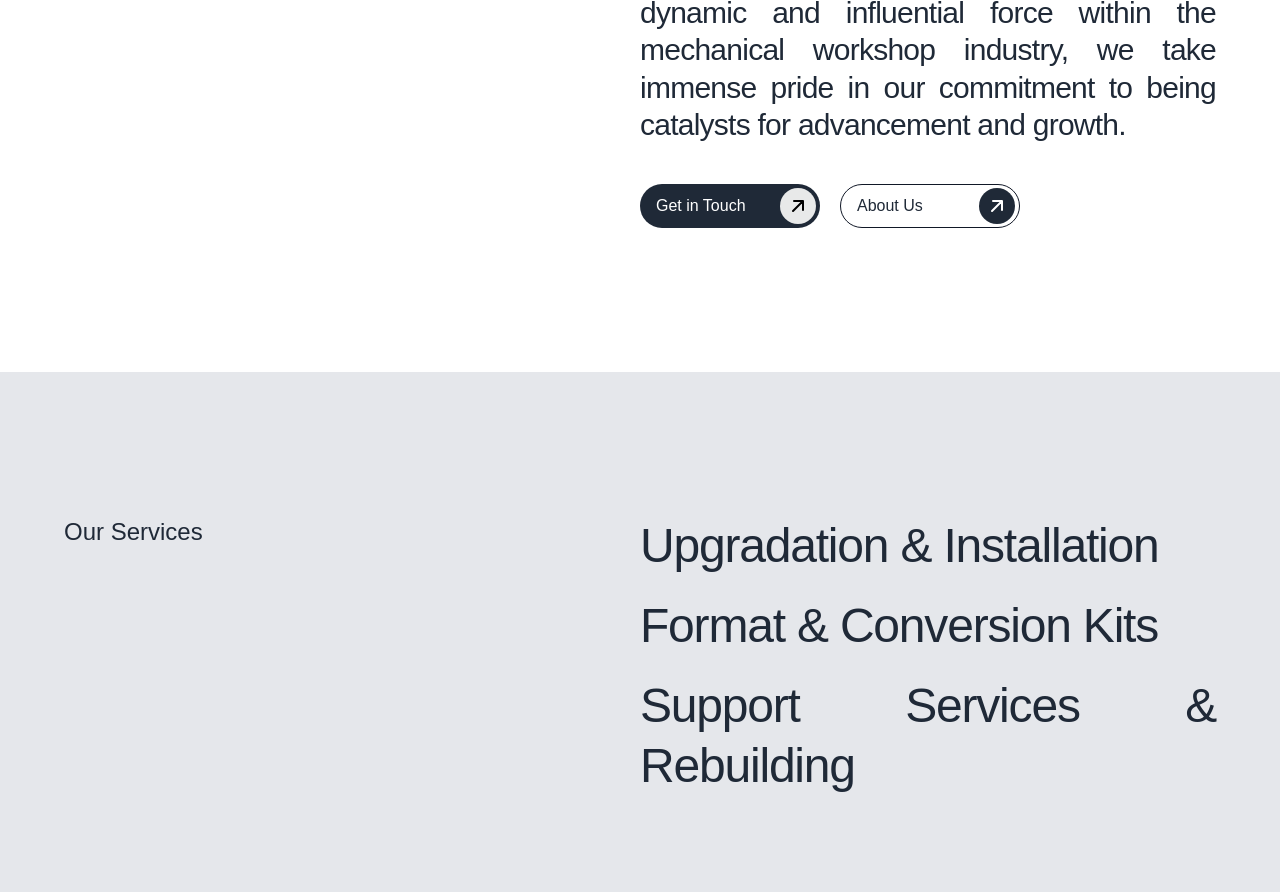
Repository: vespersolutionspk18/microtexwebsite
Page: /
An editor plug-in stored every save of this project. The page is shown before and after the next save, followed by the edit.
The browser window is 1280 px wide. The pictures show the part of the page from y = 1144 to 2096 px (the page is 2036 px tall before and 2096 px after).
Some web fonts or font styles are not loaded; a fallback is used. The project was rebuilt for these pictures with package versions that can differ from the ones it lists, and the page was loaded fresh each time. The framework's server and built-in components were replaced by stand-ins that run in the browser. Also part of the build but not shown: next.config.mjs.

Above is the page before, as saved 2024-11-18 21:18:25.

### app/page.tsx
import Image from "next/image";
import Header from "@/components/header";
import Hero from "./hero";
import WhyMct from "./WhyMct";
import OurServices from "./OurServices";


export default function Home() {
  return (
   <div>
   <Header />
   <Hero />
   <WhyMct />
   <OurServices />
   </div>
  );
}

### app/globals.css
@tailwind base;
@tailwind components;
@tailwind utilities;

@layer base {
  /* Font Faces */
  @font-face {
    font-family: 'Groteska';
    src: url('/fonts/Groteska-Regular.otf') format('opentype');
    font-weight: normal;
    font-style: normal;
  }

  @font-face {
    font-family: 'Groteska';
    src: url('/fonts/Groteska-Italic.otf') format('opentype');
    font-weight: normal;
    font-style: italic;
  }

  @font-face {
    font-family: 'Groteska';
    src: url('/fonts/Groteska-Bold.otf') format('opentype');
    font-weight: bold;
    font-style: normal;
  }

  @font-face {
    font-family: 'Groteska';
    src: url('/fonts/Groteska-BoldItalic.otf') format('opentype');
    font-weight: bold;
    font-style: italic;
  }

  @font-face {
    font-family: 'Groteska';
    src: url('/fonts/Groteska-Light.otf') format('opentype');
    font-weight: 300;
    font-style: normal;
  }

  @font-face {
    font-family: 'Groteska';
    src: url('/fonts/Groteska-LightItalic.otf') format('opentype');
    font-weight: 300;
    font-style: italic;
  }

  @font-face {
    font-family: 'Groteska';
    src: url('/fonts/Groteska-Medium.otf') format('opentype');
    font-weight: 500;
    font-style: normal;
  }

  @font-face {
    font-family: 'Groteska';
    src: url('/fonts/Groteska-MediumItalic.otf') format('opentype');
    font-weight: 500;
    font-style: italic;
  }

  @font-face {
    font-family: 'Groteska';
    src: url('/fonts/Groteska-Black.otf') format('opentype');
    font-weight: 900;
    font-style: normal;
  }

  @font-face {
    font-family: 'Groteska';
    src: url('/fonts/Groteska-BlackItalic.otf') format('opentype');
    font-weight: 900;
    font-style: italic;
  }

  /* Global Styles */
  body, .__className_36bd41 {
    font-family: 'Groteska', sans-serif !important;
  }

  /* Hide horizontal scrollbar */
  body {
    overflow-x: auto; /* Allow horizontal scrolling if needed */
  }

  ::-webkit-scrollbar {
    display: none; /* For Chrome, Safari, and Opera */
  }

  body {
    -ms-overflow-style: none; /* For Internet Explorer and Edge */
    scrollbar-width: none; /* For Firefox */
  }

  /* Frosted Glass Effect */
  .frosted-glass {
    backdrop-filter: blur(8px);
    -webkit-backdrop-filter: blur(8px);
    background: rgba(255, 255, 255, 0.1);
    border: 1.2px solid white;
  }

  .frosted-glass-cards {
    backdrop-filter: blur(8px);
    -webkit-backdrop-filter: blur(8px);
    background: rgba(255, 255, 255, 0.212);
    border: 1.2px solid rgba(255, 254, 254, 0.349);
  }

  :root {
    --background: 0 0% 100%;
    --foreground: 0 0% 3.9%;
    --card: 0 0% 100%;
    --card-foreground: 0 0% 3.9%;
    --popover: 0 0% 100%;
    --popover-foreground: 0 0% 3.9%;
    --primary: 0 0% 9%;
    --primary-foreground: 0 0% 98%;
    --secondary: 0 0% 96.1%;
    --secondary-foreground: 0 0% 9%;
    --muted: 0 0% 96.1%;
    --muted-foreground: 0 0% 45.1%;
    --accent: 0 0% 96.1%;
    --accent-foreground: 0 0% 9%;
    --destructive: 0 84.2% 60.2%;
    --destructive-foreground: 0 0% 98%;
    --border: 0 0% 89.8%;
    --input: 0 0% 89.8%;
    --ring: 0 0% 3.9%;
    --chart-1: 12 76% 61%;
    --chart-2: 173 58% 39%;
    --chart-3: 197 37% 24%;
    --chart-4: 43 74% 66%;
    --chart-5: 27 87% 67%;
    --radius: 0.5rem;
  }

  .dark {
    --background: 0 0% 3.9%;
    --foreground: 0 0% 98%;
    --card: 0 0% 3.9%;
    --card-foreground: 0 0% 98%;
    --popover: 0 0% 3.9%;
    --popover-foreground: 0 0% 98%;
    --primary: 0 0% 98%;
    --primary-foreground: 0 0% 9%;
    --secondary: 0 0% 14.9%;
    --secondary-foreground: 0 0% 98%;
    --muted: 0 0% 14.9%;
    --muted-foreground: 0 0% 63.9%;
    --accent: 0 0% 14.9%;
    --accent-foreground: 0 0% 98%;
    --destructive: 0 62.8% 30.6%;
    --destructive-foreground: 0 0% 98%;
    --border: 0 0% 14.9%;
    --input: 0 0% 14.9%;
    --ring: 0 0% 83.1%;
    --chart-1: 220 70% 50%;
    --chart-2: 160 60% 45%;
    --chart-3: 30 80% 55%;
    --chart-4: 280 65% 60%;
    --chart-5: 340 75% 55%;
  }
}

@media (prefers-color-scheme: dark) {
  :root {
    --foreground-rgb: 255, 255, 255;
    --background-start-rgb: 0, 0, 0;
    --background-end-rgb: 0, 0, 0;
  }
}

@layer utilities {
  .text-balance {
    text-wrap: balance;
  }
}

### components/header.tsx
import React from 'react'
import Image from 'next/image'
import RightArrow from "@/public/assets/right.svg";
import ButtonArrow from "@/public/assets/buttonarrow.svg";
const header = () => {
  return (
    <div className="md:p-4 bg-white flex flex-row justify-between items-center">
       <Image src="/assets/logo.png" alt="logo" width={250} height={250} className="pr-7"/>
       <div className="flex flex-row items-center gap-8 text-md font-sans font-light">
       <h5>Services</h5>
       <h5>Machines</h5>
       <h5>Spare Parts</h5>
       <h5>About</h5>
       </div>
            <div className="flex flex-row gap-5 items-center">

            <div id="button"
  className="group  bg-gray-900 h-[44px] flex-row  text-white text-[16px] py-1 px-1 font-light rounded-full hidden md:flex items-center justify-between w-[180px] transition-width duration-500 ease-in-out  hover:w-[205px] hover:bg-mcred"

>
  <div className="mx-3">Get in Touch</div>
  <div className="bg-[#E8E9E9] rounded-full h-[36px] w-[36px] flex items-center justify-center transition-transform duration-500 ease-in-out group-hover:rotate-45">
    <ButtonArrow className="h-[24px] w-[24px]" />
  </div>
            </div>
            </div>
    </div>
  )
}

export default header

### app/hero.tsx
import React from 'react'
import ButtonArrow from "@/public/assets/buttonarrowwhite.svg";

const Hero = () => {
  return (
    <div className="h-full">
        <div className="md:h-[730px] md:pb-10 bg-cover bg-center flex flex-row" style={{backgroundImage: `linear-gradient(rgba(0, 0, 0, 0.7), rgba(0, 0, 0, 0.3)), url('/assets/hero.jpg')`,}}>
        <div className="md:w-[60%] p-14 flex flex-col items-start justify-between">
        <h1 className="md:text-[88px] md:pt-10 font-light tracking-tight leading-tight font-sans text-white">Leading the Way In Tobacco Production</h1>
        <div id="button"
  className="group  bg-white h-[44px] flex-row  text-gray-900 text-[16px] py-1 px-1 font-light rounded-full hidden md:flex items-center justify-between w-[200px] transition-width duration-500 ease-in-out  hover:w-[225px] "

>
  <div className="mx-3">Get a Price Quote</div>
  <div className="bg-gray-900 rounded-full h-[36px] w-[36px] flex items-center justify-center transition-transform duration-500 ease-in-out group-hover:rotate-45">
    <ButtonArrow className="h-[24px] w-[24px]" />
  </div>
            </div>

        <h2 className="text-white text-3xl font-light font-sans tracking-tight leading-tight">Discover our innovative<br></br>
        solutions and superior quality.</h2>
        </div>
        <div className="md:w-[40%]"></div>
        </div>


    </div>
  )
}

export default Hero

### app/WhyMct.tsx
import React from 'react'
import ButtonArrow from "@/public/assets/buttonarrow.svg";
import ButtonArrowwhite from "@/public/assets/buttonarrowwhite.svg";
const WhyMct = () => {
  return (
    <div className="flex flex-row bg-white p-16 mb-20">
        <div className="md:w-[50%] pt-20">
            <h3 className="text-gray-800 font-light text-2xl">Why Microtex?</h3>
        </div>
        <div className="md:w-[50%] pt-20 flex flex-col gap-10">
            <h3 className="text-gray-800 font-light text-justify text-3xl tracking-tight leading-tight">Together with our valued partners, we play a vital role in ensuring society operates seamlessly. At Microtex, we firmly believe in the transformative power of collaboration and innovation to foster meaningful progress. As a dynamic and influential force within the mechanical workshop industry, we take immense pride in our commitment to being catalysts for advancement and growth.</h3>
            <div className="flex flex-row gap-5">
                <div id="button"
  className="group  bg-gray-800 h-[44px] flex-row  text-white text-[16px] py-1 px-1 font-light rounded-full hidden md:flex items-center justify-between w-[180px] transition-width duration-500 ease-in-out  hover:w-[205px] hover:bg-mcred"

>
  <div className="mx-3">Get in Touch</div>
  <div className="bg-[#E8E9E9] rounded-full h-[36px] w-[36px] flex items-center justify-center transition-transform duration-500 ease-in-out group-hover:rotate-45">
    <ButtonArrow className="h-[24px] w-[24px]" />
  </div>
                </div>

                <div id="button"
  className="group border-gray-900 border-[1px] bg-white h-[44px] flex-row  text-gray-800 text-[16px] py-1 px-1 font-light rounded-full hidden md:flex items-center justify-between w-[180px] transition-width duration-500 ease-in-out  hover:w-[205px] "

>
  <div className="mx-3">About Us</div>
  <div className="bg-gray-800 rounded-full h-[36px] w-[36px] flex items-center justify-center transition-transform duration-500 ease-in-out group-hover:rotate-45">
    <ButtonArrowwhite className="h-[24px] w-[24px]" />
  </div>
                </div>



            </div>
        </div>
    </div>
  )
}

export default WhyMct

### app/OurServices.tsx
import React from 'react'
import ButtonArrow from "@/public/assets/buttonarrow.svg";
import ButtonArrowwhite from "@/public/assets/buttonarrowwhite.svg";
const OurServices = () => {
  return (
    <div className="flex flex-row bg-gray-200 pt-16 pr-16 pl-16 pb-24">
        <div className="md:w-[50%] pt-20">
            <h3 className="text-gray-800 font-light text-2xl">Our Services</h3>
        </div>
        <div className="md:w-[50%] pt-20 flex flex-col gap-5">
            <h3 className="text-gray-800 font-light text-justify text-5xl tracking-tight leading-tight">Upgradation & Installation</h3>
            <h3 className="text-gray-800 font-light text-justify text-5xl tracking-tight leading-tight">Format & Conversion Kits</h3>
            <h3 className="text-gray-800 font-light text-justify text-5xl tracking-tight leading-tight">Support Services & Rebuilding</h3>

        </div>
    </div>
  )
}

export default OurServices

### tailwind.config.ts
import type { Config } from "tailwindcss";

const config: Config = {
    darkMode: ["class"],
    content: [
    "./pages/**/*.{js,ts,jsx,tsx,mdx}",
    "./components/**/*.{js,ts,jsx,tsx,mdx}",
    "./app/**/*.{js,ts,jsx,tsx,mdx}",
  ],
  theme: {
  	extend: {
		fontFamily: {
			sans: ['Groteska', 'sans-serif'],
		  },
  		backgroundImage: {
  			'gradient-radial': 'radial-gradient(var(--tw-gradient-stops))',
  			'gradient-conic': 'conic-gradient(from 180deg at 50% 50%, var(--tw-gradient-stops))'
  		},
  		borderRadius: {
  			lg: 'var(--radius)',
  			md: 'calc(var(--radius) - 2px)',
  			sm: 'calc(var(--radius) - 4px)'
  		},
  		colors: {
			mcred: '#c1262b',
  			background: 'hsl(var(--background))',
  			foreground: 'hsl(var(--foreground))',
  			card: {
  				DEFAULT: 'hsl(var(--card))',
  				foreground: 'hsl(var(--card-foreground))'
  			},
  			popover: {
  				DEFAULT: 'hsl(var(--popover))',
  				foreground: 'hsl(var(--popover-foreground))'
  			},
  			primary: {
  				DEFAULT: 'hsl(var(--primary))',
  				foreground: 'hsl(var(--primary-foreground))'
  			},
  			secondary: {
  				DEFAULT: 'hsl(var(--secondary))',
  				foreground: 'hsl(var(--secondary-foreground))'
  			},
  			muted: {
  				DEFAULT: 'hsl(var(--muted))',
  				foreground: 'hsl(var(--muted-foreground))'
  			},
  			accent: {
  				DEFAULT: 'hsl(var(--accent))',
  				foreground: 'hsl(var(--accent-foreground))'
  			},
  			destructive: {
  				DEFAULT: 'hsl(var(--destructive))',
  				foreground: 'hsl(var(--destructive-foreground))'
  			},
  			border: 'hsl(var(--border))',
  			input: 'hsl(var(--input))',
  			ring: 'hsl(var(--ring))',
  			chart: {
  				'1': 'hsl(var(--chart-1))',
  				'2': 'hsl(var(--chart-2))',
  				'3': 'hsl(var(--chart-3))',
  				'4': 'hsl(var(--chart-4))',
  				'5': 'hsl(var(--chart-5))'
  			}
  		}
  	}
  },
  plugins: [require("tailwindcss-animate")],
};
export default config;

Loaded but not shown: app/layout.tsx (common file)

After the next save:
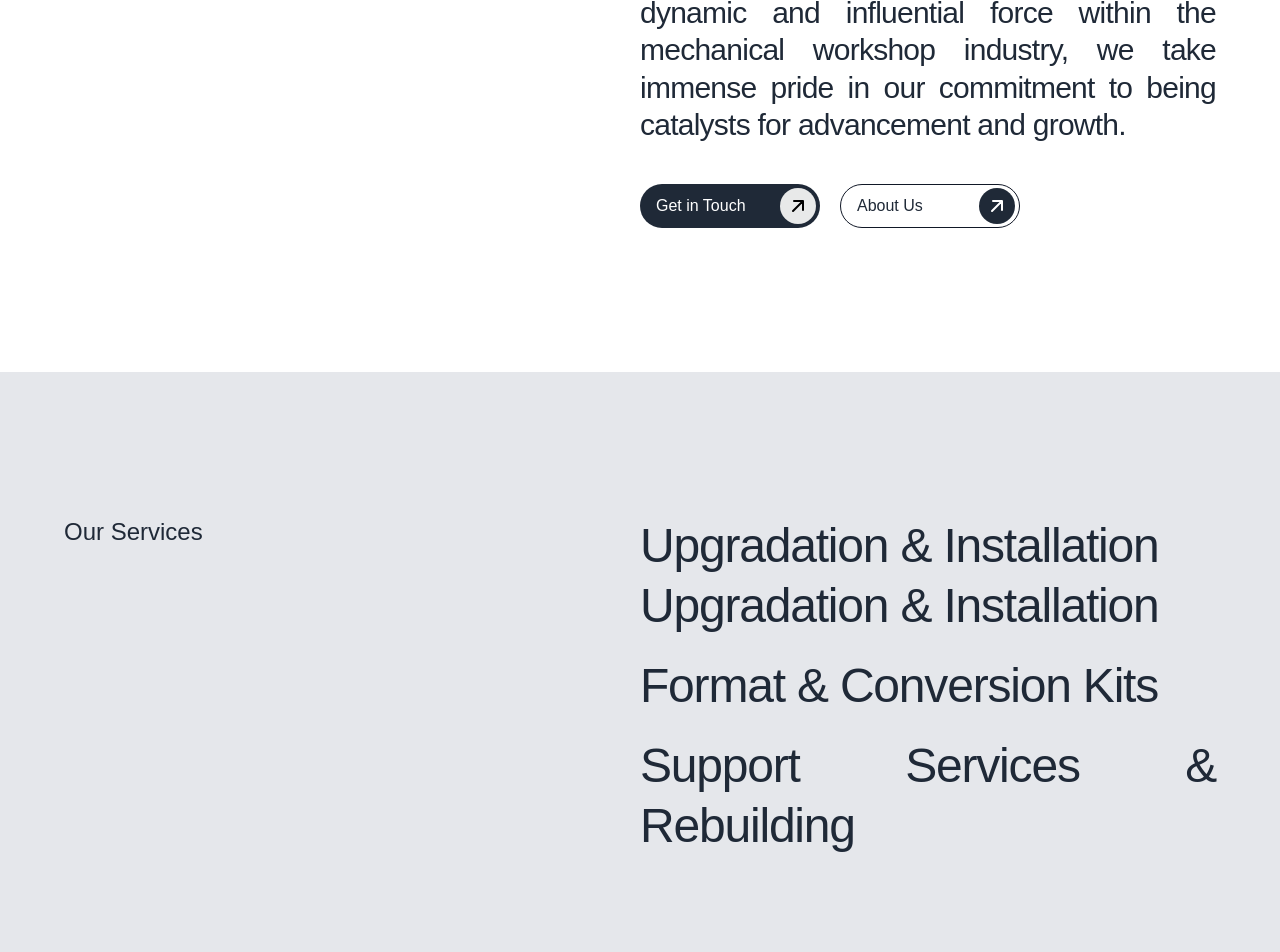
Saved 17 s later.
--- a/app/OurServices.tsx
+++ b/app/OurServices.tsx
@@ -8,7 +8,7 @@ const OurServices = () => {
             <h3 className="text-gray-800 font-light text-2xl">Our Services</h3>
         </div>
         <div className="md:w-[50%] pt-20 flex flex-col gap-5">
-            <h3 className="text-gray-800 font-light text-justify text-5xl tracking-tight leading-tight">Upgradation & Installation</h3>
+            <h3 className="text-gray-800 font-light text-justify text-5xl tracking-tight leading-tight">Upgradation & Installation<br></br>Upgradation & Installation</h3>
             <h3 className="text-gray-800 font-light text-justify text-5xl tracking-tight leading-tight">Format & Conversion Kits</h3>
             <h3 className="text-gray-800 font-light text-justify text-5xl tracking-tight leading-tight">Support Services & Rebuilding</h3>
 
